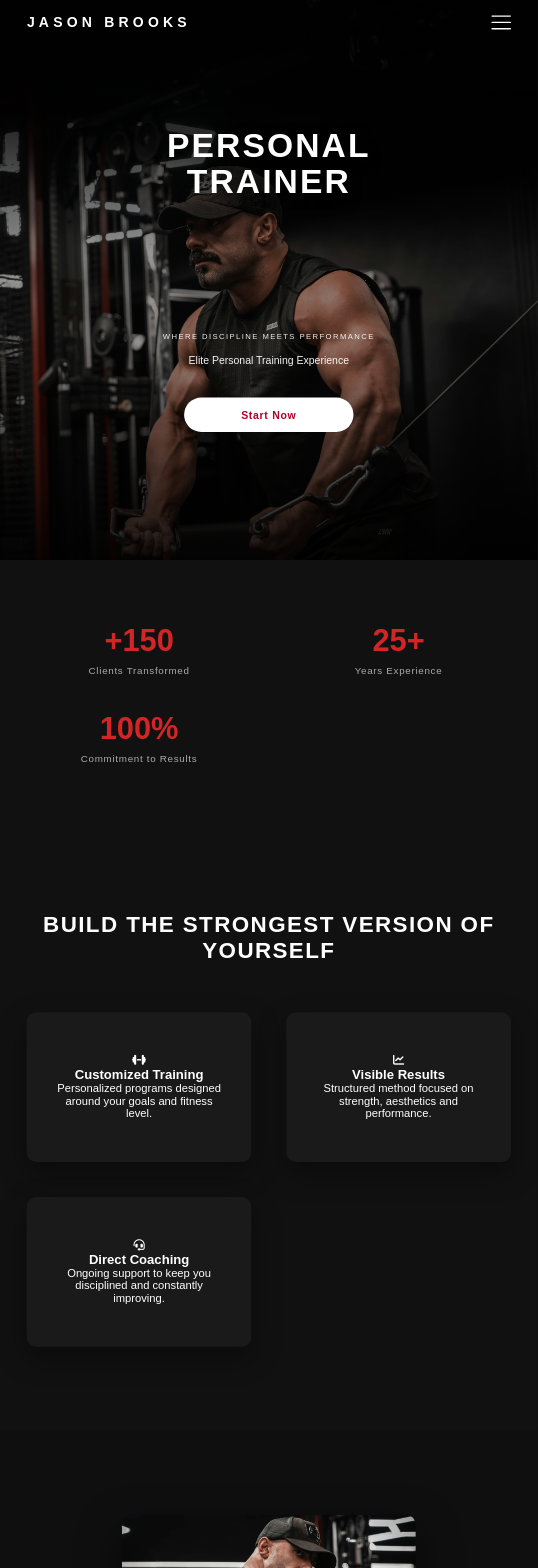
Repository: davidfsillva/Jason-Brooks
Page: index.html
An editor plug-in stored every save of this project. The page is shown before and after the next save, followed by the edit.
The browser window is 768 px wide. The pictures show the part of the page from y = 0 to 2240 px (the page is 3913 px tall), at 70% of full size.
Some web fonts or font styles are not loaded; a fallback is used.

Above is the page before, as saved 2026-02-21 17:25:35.

After the next save:
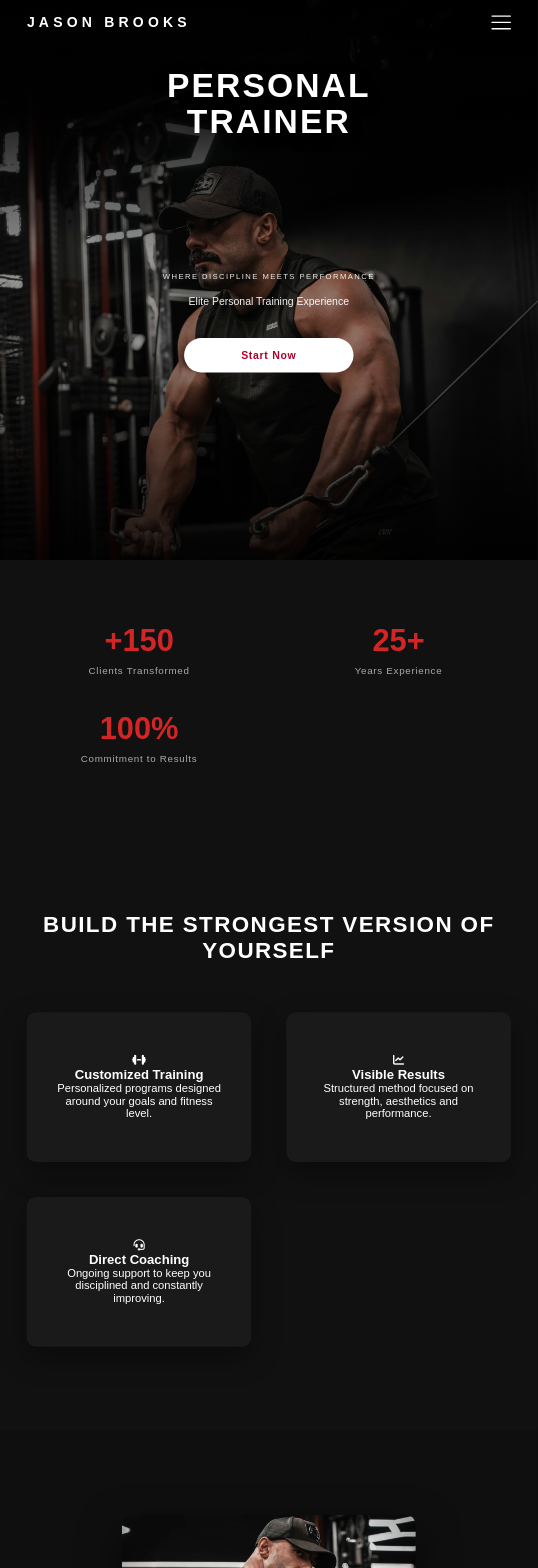
Saved 101 s later.
--- a/style.css
+++ b/style.css
@@ -591,10 +591,8 @@ section {
         text-align: center;
     }
 
-    .hero-small,
-    .hero-sub,
-    .btn-primary {
-        transform: translateY(170px);
+.hero-small {
+    margin-top: 170px;
 }
 
     .hero-sub {
